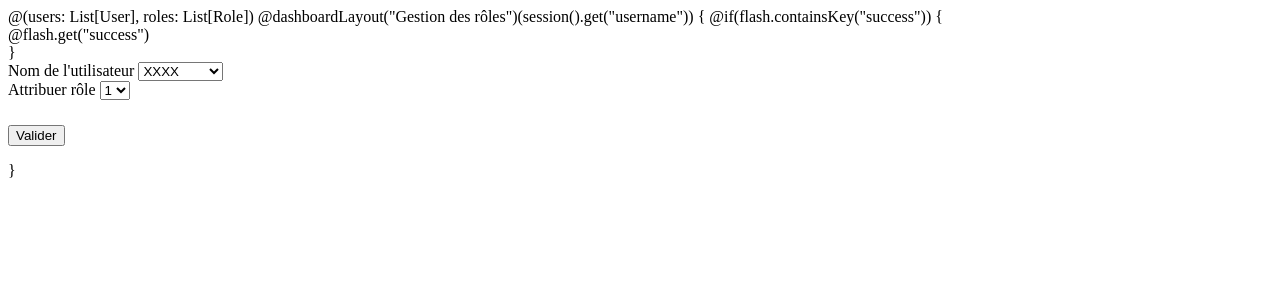
Repository: spirale-software/labo_master
Page: Application/oneDotCom/app/views/manageRole.scala.html
An editor plug-in stored every save of this project. The page is shown before and after the next save, followed by the edit.
The browser window is 1280 px wide. The pictures show the whole page.

Above is the page before, as saved 2017-04-14 20:52:25.

After the next save:
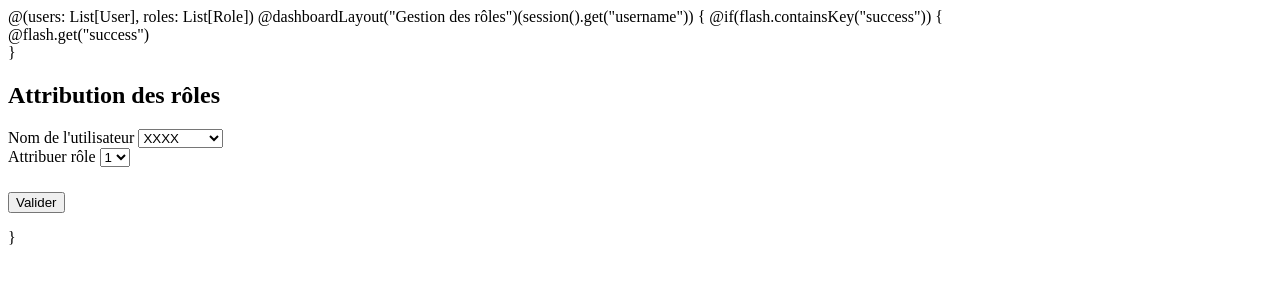
Saved 13 min 0 s later.
--- a/Application/oneDotCom/app/views/manageRole.scala.html
+++ b/Application/oneDotCom/app/views/manageRole.scala.html
@@ -6,6 +6,7 @@
 	@if(flash.containsKey("success")) {
 		<div class="alert alert-success" role="alert"> @flash.get("success") </div>
 	}
+	<h2 class="page-header">Attribution des rôles</h2>
 	<form class="" name="manageRole">
 		<div class="row">
 	     <div class="col-lg-3">
